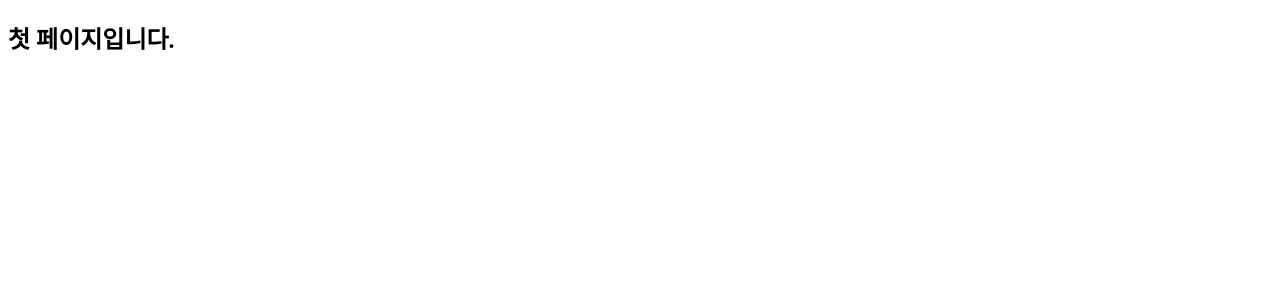
Repository: hodob/JSP_Practice
Page: http://localhost/JSP_WebMarket_JJH/ch04_ex/test.jsp
These files come from the project's save history. The page is drawn as it stood at one moment and after the next save; the edit follows.
The browser window is 1280 px wide. The pictures show the whole page.
The page is served by Tomcat 9. Other server files are loaded and not shown.

Above is the page before, as saved 2022-08-09 02:12:37.

### JSP_WebMarket_JJH/WebContent/ch04_ex/test.jsp
<%@ page language="java" contentType="text/html; charset=UTF-8"
	pageEncoding="UTF-8"%>
<!DOCTYPE html>
<html>
<head>
<meta charset="UTF-8">
<title>Insert title here</title>
</head>
<body>
	<h2>첫 페이지입니다.</h2>
	<%-- <jsp:forward page="b.jsp"></jsp:forward> --%>
	<%-- 	<jsp:include page="b.jsp">
		<jsp:param value="<%=new java.util.Date().toLocaleString()%>"
			name="date1" />
	</jsp:include> --%>
<%--
	<jsp:forward page="b.jsp">
		<jsp:param value="admin" name="id" />
		<jsp:param value='<%=java.net.URLEncoder.encode("테스트")%>' name="name" />
		<jsp:param value='<%=java.net.URLEncoder.encode("aaa@bbb.com")%>' name="email" />
	</jsp:forward> --%>
<%--
	<jsp:forward page="b.jsp">
		<jsp:param value="<%=java.util.Calendar.getInstance().getTime() %>" name="date" />

	</jsp:forward>  --%>

	<jsp:useBean id="date" class ="java.util.Date"></jsp:useBean>




</body>
</html>

After the next save:
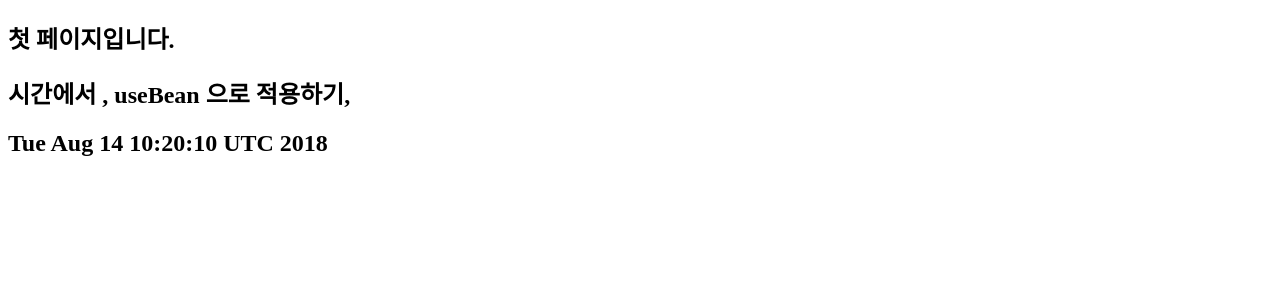
Saved 47 s later.
--- a/JSP_WebMarket_JJH/WebContent/ch04_ex/test.jsp
+++ b/JSP_WebMarket_JJH/WebContent/ch04_ex/test.jsp
@@ -25,7 +25,9 @@
 
 	</jsp:forward>  --%>
 
-	<jsp:useBean id="date" class ="java.util.Date"></jsp:useBean>
+	<jsp:useBean id="date" class ="java.util.Date"></jsp:useBean>   <!--  date 는 객체이름이다.  -->
+	<h2>시간에서 , useBean 으로 적용하기, </h2>
+	<h2><%=date %></h2>
 
 
 
